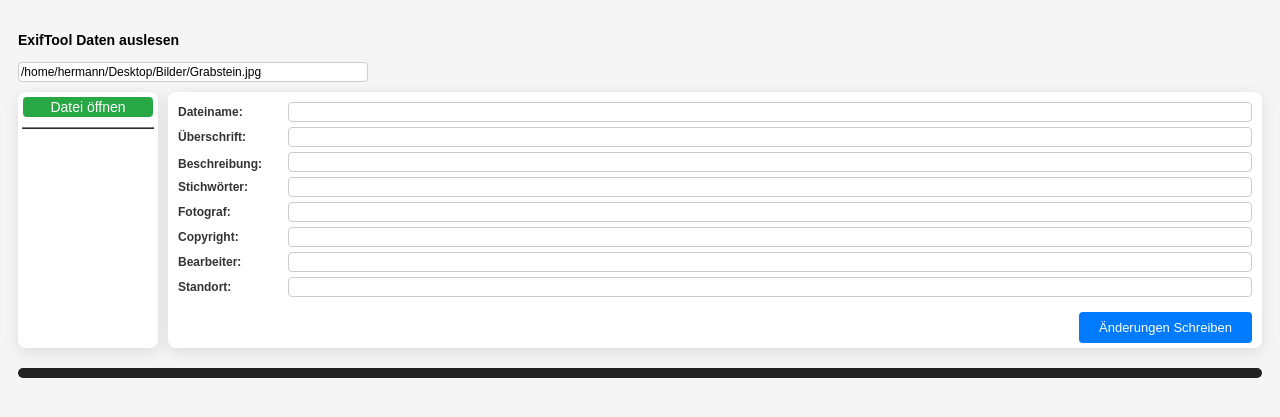
Repository: h-fahle/metadata
Page: ui/index.html
An editor plug-in stored every save of this project. The page is shown before and after the next save, followed by the edit.
The browser window is 1280 px wide. The pictures show the whole page.

Above is the page before, as saved 2026-08-17 10:08:58.

After the next save:
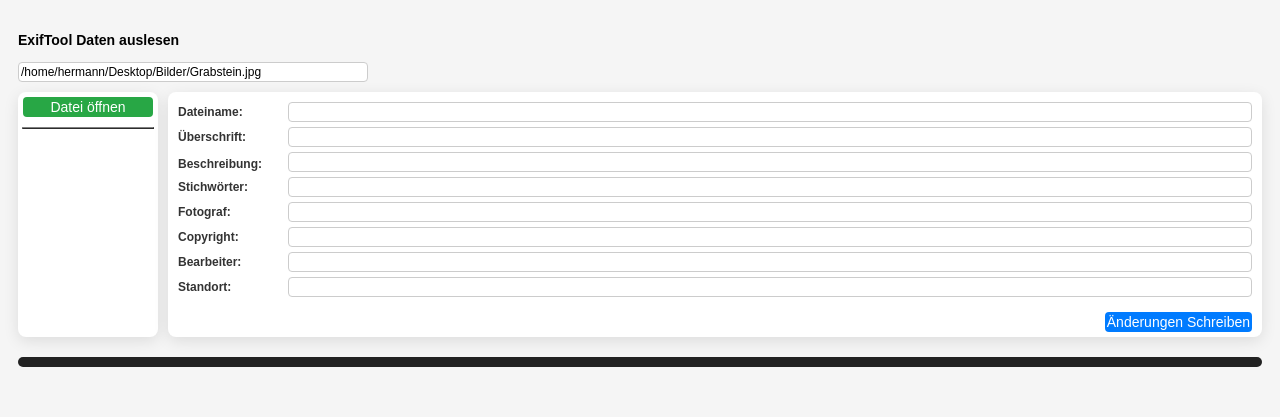
Saved 108 s later.
--- a/ui/index.html
+++ b/ui/index.html
@@ -79,7 +79,7 @@ Ermitteln der Koordinaten in der Google Maps-Karte:
 			<!-- NEU: Der Speichern-Button am Ende des Formular-Containers -->
 			<div style="text-align: right; margin-top: 15px;">
 				<button onclick="exifSchreiben(event)"
-					style="background: #007BFF; padding: 8px 20px; font-size: 13px;">Änderungen Schreiben</button>
+					style="background: #007BFF;">Änderungen Schreiben</button>
 			</div>
 
 		</form>
